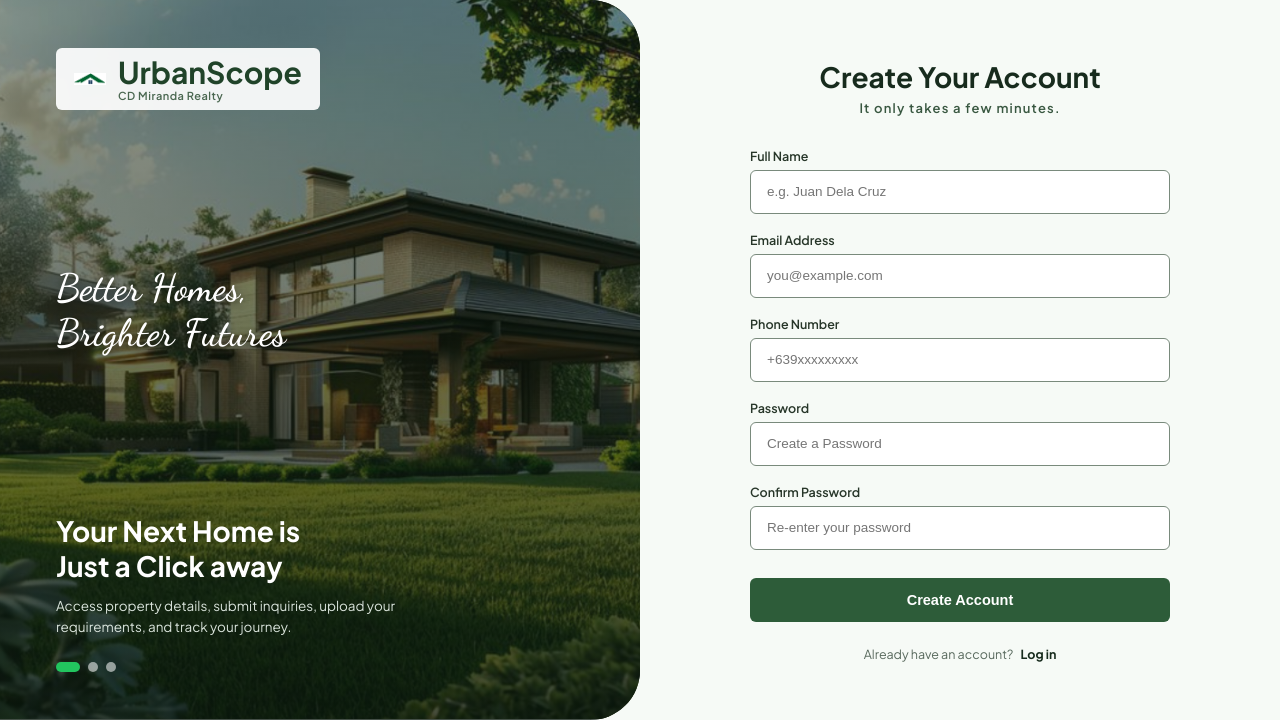
Repository: Gianeuz/CD-Miranda
Page: login/register.html
An editor plug-in stored every save of this project. The page is shown before and after the next save, followed by the edit.
The browser window is 1280 px wide. The pictures show the whole page.

Above is the page before, as saved 2026-09-25 00:38:19.

### login/register.html
<!DOCTYPE html>
<html lang="en">
<head>
    <meta charset="UTF-8">
    <meta name="viewport" content="width=device-width, initial-scale=1.0">
    <link rel="icon" href="favicon.jpg" type="image/x-icon">
    <link rel="stylesheet" href="login.css">
    <title>Create Your Account - UrbanScope</title>
</head>
<body>

    <div class="main-container">

        <!-- LEFT PANEL: Image, Branding & Showcase -->
        <div class="showcase-panel">
            <img src="Urban.jpg" alt="UrbanScope Property" class="showcase-img" id="slideImage">
            <div class="overlay"></div>

            <div class="showcase-header">
                <div class="brand-badge">
                    <img src="logo.png" alt="Logo" class="logo-icon" onerror="this.style.display='none'">
                    <div class="brand-text">
                        <h1>UrbanScope</h1>
                        <h2>CD Miranda Realty</h2>
                    </div>
                </div>
            </div>

            <div class="cursive-tagline">
                Better Homes,<br>Brighter Futures
            </div>

            <div class="showcase-caption">
                <h2 id="slideTitle">Your Next Home is<br>Just a Click away</h2>
                <p id="slideDesc">Access property details, submit inquiries, upload your requirements, and track your journey.</p>

                <div class="dots-container">
                    <button class="dot active" type="button" aria-label="Slide 1"></button>
                    <button class="dot" type="button" aria-label="Slide 2"></button>
                    <button class="dot" type="button" aria-label="Slide 3"></button>
                </div>
            </div>
        </div>

        <!-- RIGHT PANEL: Register Form -->
        <div class="form-panel">
            <div class="form-wrapper">

                <div class="welcome-header">
                    <h1>Create Your Account</h1>
                    <p>It only takes a few minutes.</p>
                </div>

                <form action="register.php" method="POST" class="auth-form">
                    <div class="form-group">
                        <label for="fullname">Full Name</label>
                        <div class="input-box">
                            <input type="text" id="fullname" name="fullname" placeholder="e.g. Juan Dela Cruz" required>
                        </div>
                    </div>

                    <div class="form-group">
                        <label for="email">Email Address</label>
                        <div class="input-box">
                            <input type="email" id="email" name="email" placeholder="you@example.com" required>
                        </div>
                    </div>

                    <div class="form-group">
                        <label for="phone">Phone Number</label>
                        <div class="input-box">
                            <input type="tel" id="phone" name="phone" placeholder="+639xxxxxxxxx" required>
                        </div>
                    </div>

                    <div class="form-group">
                        <label for="password">Password</label>
                        <div class="input-box">
                            <input type="password" id="password" name="password" placeholder="Create a Password" required>
                        </div>
                    </div>

                    <div class="form-group">
                        <label for="confirm_password">Confirm Password</label>
                        <div class="input-box">
                            <input type="password" id="confirm_password" name="confirm_password" placeholder="Re-enter your password" required>
                        </div>
                    </div>

                    <button type="submit" class="btn-submit" style="margin-top: 10px;">Create Account</button>
                </form>

                <div class="register-prompt" style="margin-top: 24px;">
                    <span>Already have an account?</span>
                    <a href="login.html">Log in</a>
                </div>

            </div>
        </div>

    </div>

</body>
</html>

### login/login.css
@import url('https://fonts.googleapis.com/css2?family=Dancing+Script:wght@600&family=Plus+Jakarta+Sans:wght@400;500;600;700&display=swap');

:root {
    --brand-dark-green: #204329;
    --brand-primary-green: #2d5c39;
    --brand-hover-green: #23492d;
    --bg-tint: #f6faf6;
    --border-color: #798a7c;
    --text-primary: #172b1d;
    --text-secondary: #58695d;
    --text-muted: #7d8e81;
}

* {
    margin: 0;
    padding: 0;
    box-sizing: border-box;
}

html, body {
    width: 100%;
    height: 100%;
    overflow-x: hidden;
}

body {
    font-family: 'Plus Jakarta Sans', sans-serif;
    color: var(--text-primary);
    background-color: var(--bg-tint);
}

/* Fullscreen Edge-to-Edge Container */
.main-container {
    display: flex;
    width: 100vw;
    min-height: 100vh;
    border-radius: 0;
    box-shadow: none;
    overflow: hidden;
}

/* Left Showcase Panel - 50% Full Screen */
.showcase-panel {
    position: relative;
    width: 50%;
    min-height: 100vh;
    background-color: #17241a;
    display: flex;
    flex-direction: column;
    justify-content: space-between;
    padding: 48px 56px;
    overflow: hidden;
    border-top-right-radius: 50px;
    border-bottom-right-radius: 50px;
}

.showcase-img {
    position: absolute;
    inset: 0;
    width: 100%;
    height: 100%;
    object-fit: cover;
    z-index: 0;
}

.overlay {
    position: absolute;
    inset: 0;
    background: linear-gradient(180deg, rgba(15, 33, 20, 0.45) 0%, rgba(10, 24, 14, 0.75) 100%);
    z-index: 1;
}

.showcase-header,
.cursive-tagline,
.showcase-caption {
    position: relative;
    z-index: 2;
}

/* Brand badge in upper left */
.brand-badge {
    display: inline-flex;
    align-items: center;
    gap: 12px;
    background: rgba(255, 255, 255, 0.92);
    padding: 8px 18px;
    border-radius: 6px;
    backdrop-filter: blur(6px);
}

.logo-icon {
    width: 32px;
    height: 32px;
    object-fit: contain;
}

.brand-text h1 {
    font-size: 30px;
    font-weight: 700;
    color: var(--brand-dark-green);
    line-height: 1.1;
}

.brand-text h2 {
    font-size: 11px;
    font-weight: 600;
    color: #4a6750;
    letter-spacing: 0.5px;
}

/* Middle Cursive Tagline */
.cursive-tagline {
    font-family: 'Dancing Script', cursive;
    font-size: 38px;
    line-height: 1.2;
    color: #ffffff;
    text-shadow: 0 2px 10px rgba(0, 0, 0, 0.55);
}

/* Showcase Lower Text & Dots */
.showcase-caption h2 {
    color: #ffffff;
    font-size: 28px;
    font-weight: 700;
    line-height: 1.25;
    margin-bottom: 12px;
}

.showcase-caption p {
    color: rgba(240, 248, 242, 0.9);
    font-size: 13.5px;
    line-height: 1.6;
    max-width: 420px;
    margin-bottom: 24px;
}

.dots-container {
    display: flex;
    gap: 8px;
}

.dot {
    width: 10px;
    height: 10px;
    border-radius: 50%;
    border: none;
    background-color: rgba(255, 255, 255, 0.55);
    cursor: pointer;
    transition: all 0.25s ease;
}

.dot.active {
    background-color: #22c55e;
    width: 24px;
    border-radius: 10px;
}

/* Right Form Panel - 50% Full Screen */
.form-panel {
    flex: 1;
    width: 50%;
    min-height: 100vh;
    background-color: var(--bg-tint);
    display: flex;
    align-items: center;
    justify-content: center;
    padding: 48px;
}

.form-wrapper {
    width: 100%;
    max-width: 420px;
}

.welcome-header {
    text-align: center;
    margin-bottom: 32px;
}

.welcome-header h1 {
    font-size: 28px;
    font-weight: 700;
    color: var(--text-primary);
}

.welcome-header p {
    font-size: 13px;
    font-weight: 600;
    letter-spacing: 1.2px;
    color: #385740;
    margin-top: 6px;
}

/* Forms & Inputs */
.auth-form {
    display: flex;
    flex-direction: column;
    gap: 18px;
}

.form-group label {
    display: block;
    font-size: 12.5px;
    font-weight: 600;
    color: #273629;
    margin-bottom: 6px;
}

.input-box input {
    width: 100%;
    height: 44px;
    padding: 0 16px;
    border: 1px solid var(--border-color);
    border-radius: 6px;
    background-color: #ffffff;
    font-size: 13.5px;
    color: var(--text-primary);
    outline: none;
    transition: border-color 0.2s, box-shadow 0.2s;
}

.input-box input:focus {
    border-color: var(--brand-primary-green);
    box-shadow: 0 0 0 3px rgba(45, 92, 57, 0.15);
}

.form-options {
    display: flex;
    justify-content: space-between;
    align-items: center;
    font-size: 12.5px;
}

.remember-label {
    display: flex;
    align-items: center;
    gap: 7px;
    cursor: pointer;
    color: var(--text-secondary);
}

.remember-label input {
    accent-color: var(--brand-primary-green);
}

.forgot-link {
    text-decoration: none;
    color: var(--text-secondary);
    font-size: 12.5px;
}

.forgot-link:hover {
    text-decoration: underline;
}

.btn-submit {
    width: 100%;
    height: 44px;
    background-color: var(--brand-primary-green);
    color: #ffffff;
    border: none;
    border-radius: 6px;
    font-size: 14.5px;
    font-weight: 600;
    cursor: pointer;
    margin-top: 6px;
    transition: background-color 0.2s ease;
}

.btn-submit:hover {
    background-color: var(--brand-hover-green);
}

/* Divider & Social Login */
.divider {
    position: relative;
    text-align: center;
    margin: 22px 0;
}

.divider::before {
    content: '';
    position: absolute;
    left: 0;
    top: 50%;
    width: 100%;
    height: 1px;
    background-color: #c9d8cc;
}

.divider span {
    position: relative;
    background-color: var(--bg-tint);
    padding: 0 14px;
    font-size: 12px;
    color: var(--text-muted);
}

.btn-google {
    width: 100%;
    height: 44px;
    display: flex;
    align-items: center;
    justify-content: center;
    gap: 12px;
    background-color: #ffffff;
    border: 1px solid #7c8e80;
    border-radius: 6px;
    font-size: 13.5px;
    font-weight: 600;
    color: #283a2d;
    cursor: pointer;
    transition: background-color 0.2s ease;
}

.btn-google:hover {
    background-color: #edf4ee;
}

.register-prompt {
    margin-top: 24px;
    text-align: center;
    font-size: 12.5px;
    color: var(--text-secondary);
}

.register-prompt a {
    text-decoration: none;
    color: var(--text-primary);
    font-weight: 700;
    margin-left: 5px;
}

.register-prompt a:hover {
    text-decoration: underline;
}

/* Mobile & Tablet Responsiveness */
@media (max-width: 900px) {
    .main-container {
        flex-direction: column;
        min-height: 100vh;
    }

    .showcase-panel {
        width: 100%;
        min-height: 380px;
        padding: 32px 24px;
    }

    .cursive-tagline {
        font-size: 30px;
        margin: 20px 0;
    }

    .form-panel {
        width: 100%;
        min-height: auto;
        padding: 40px 24px;
    }
}

After the next save:
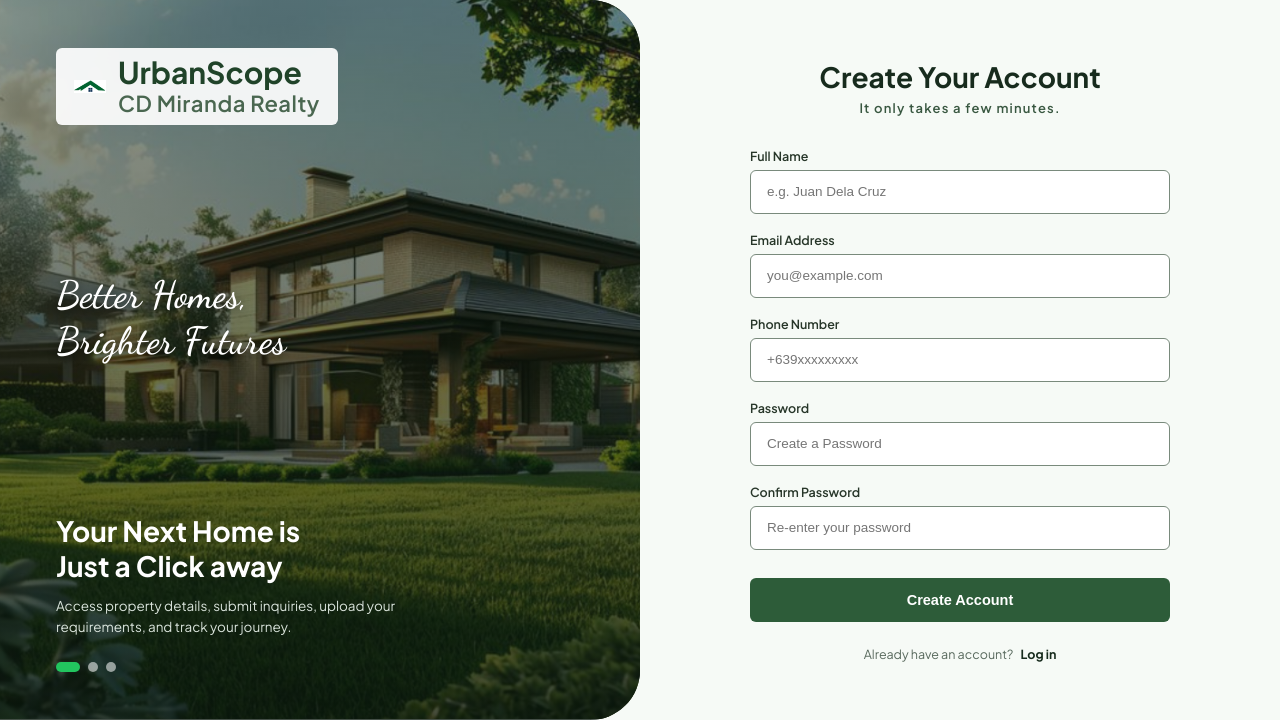
Saved 6 s later.
--- a/login/login.css
+++ b/login/login.css
@@ -102,7 +102,7 @@ body {
 }
 
 .brand-text h2 {
-    font-size: 11px;
+    font-size: 22px;
     font-weight: 600;
     color: #4a6750;
     letter-spacing: 0.5px;
